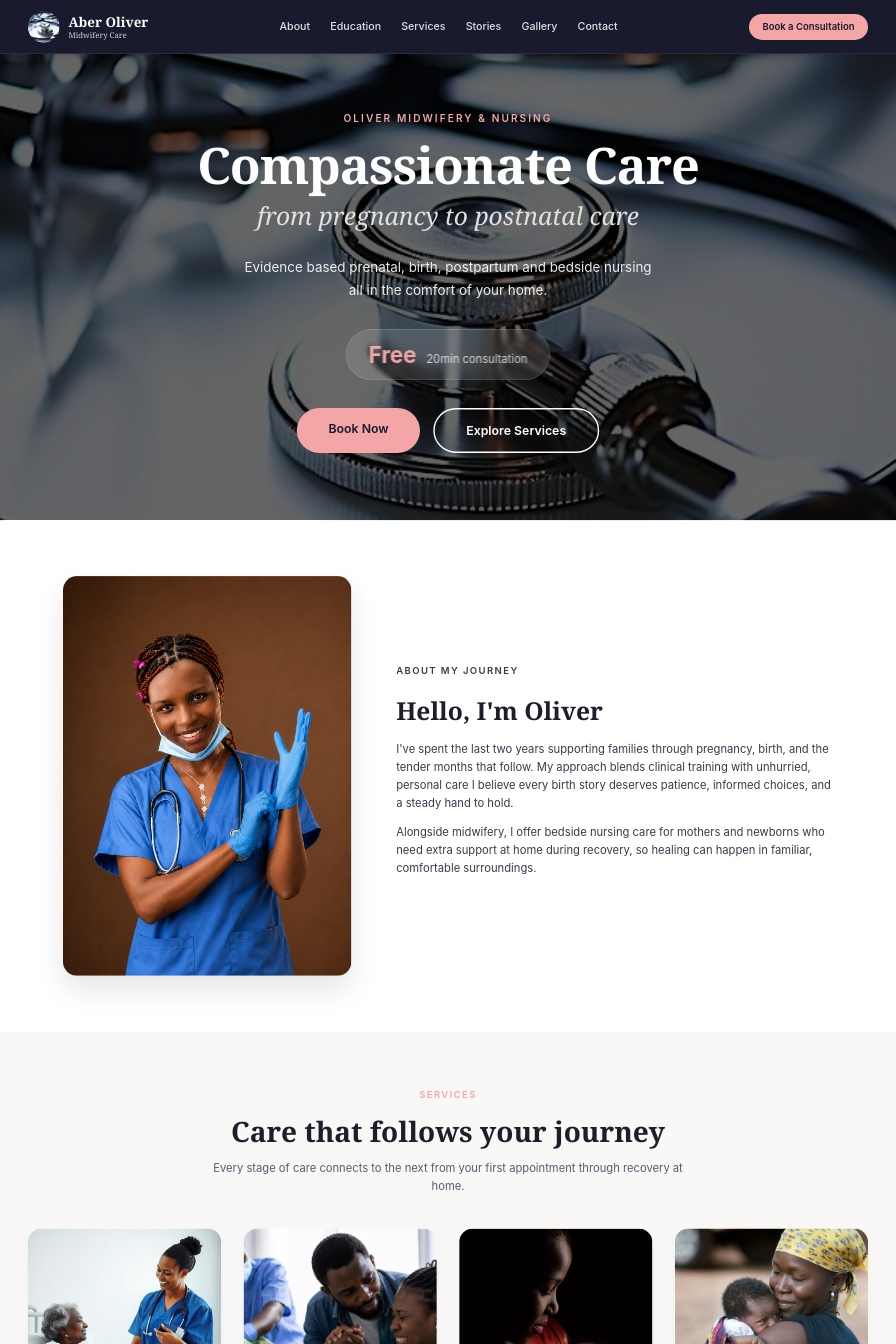
Repository: Mrkayboss/Aber-Oliver
Page: index (2).html
The author's editor kept a copy of each file at every save. The page is drawn from the files as they stood at one save, then again after the next save.
The browser window is 1280 px wide. The pictures show the part of the page from y = 0 to 1920 px (the page is 5758 px tall before and 5783 px after), at 70% of full size.
Backgrounds fixed to the window are drawn as part of the page.

Above is the page before, as saved 2026-08-28 22:40:51.

After the next save:
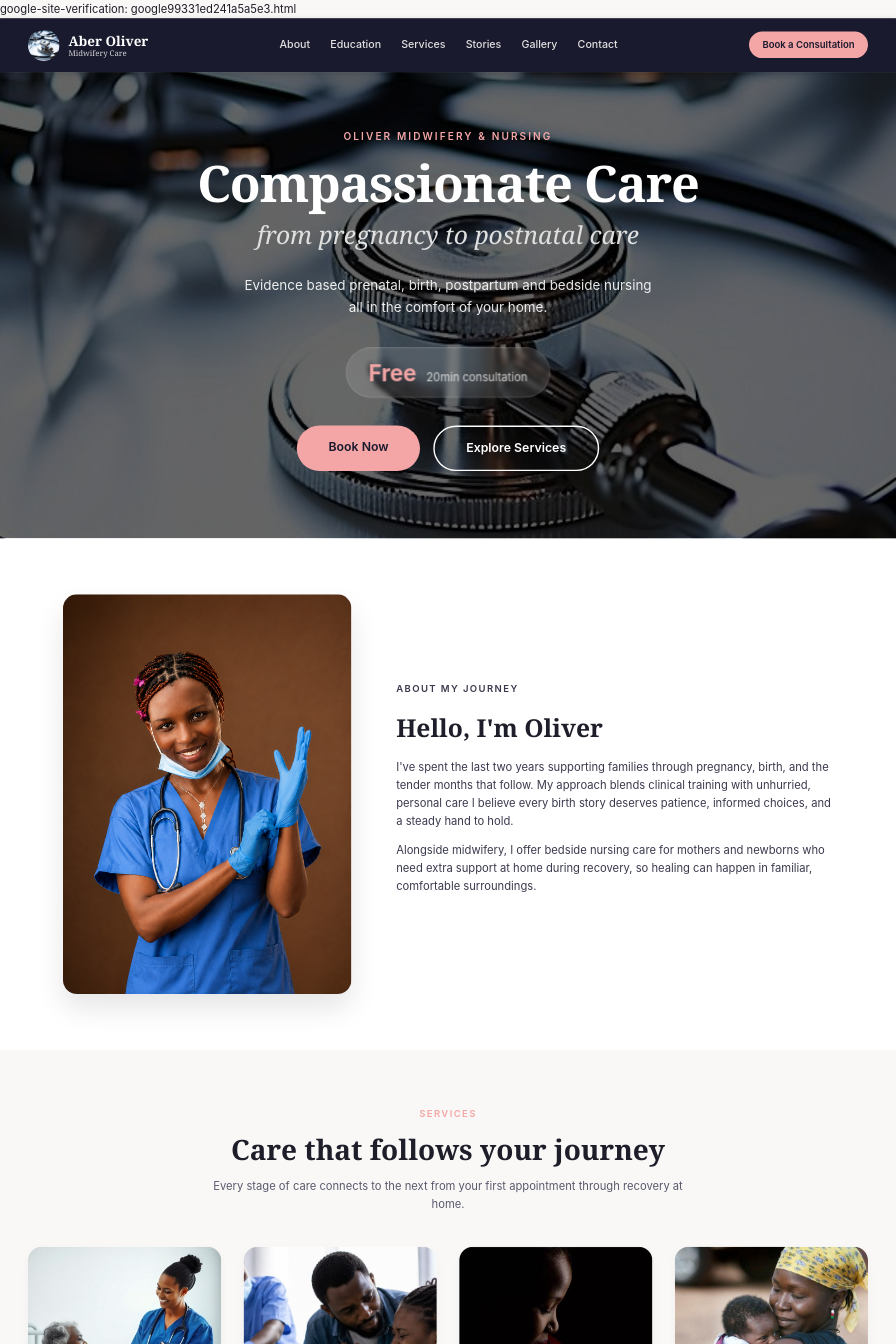
Saved 3 min 17 s later.
--- a/index (2).html
+++ b/index (2).html
@@ -1,7 +1,7 @@
 <!DOCTYPE html>
 <html lang="en">
 <head>
-
+google-site-verification: google99331ed241a5a5e3.html
 <meta charset="UTF-8">
 <meta name="google-site-verification" content="j7FKi3UNBJLnBqALL5z99pVp-EJJ_FrEEi_LX5e0DZ4" />
 <meta name="viewport" content="width=device-width, initial-scale=1.0">
